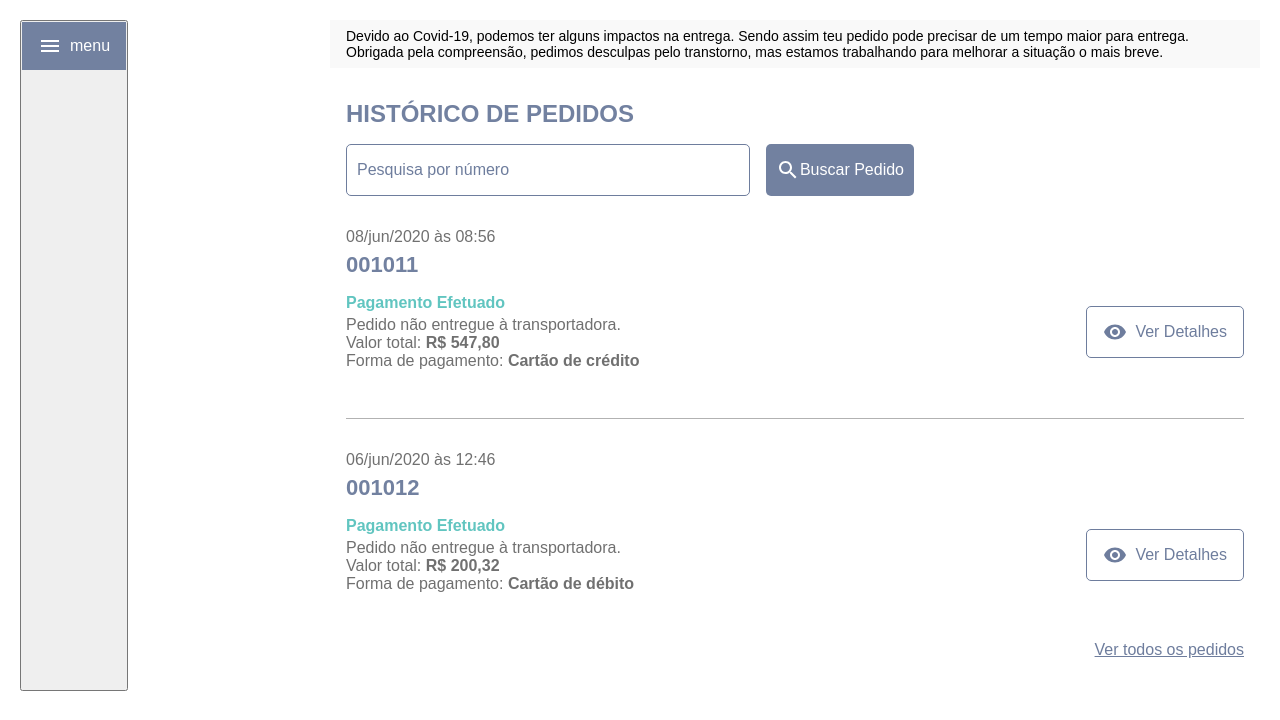
Repository: indiamarasiqueira/gestao-produto
Page: /
These files come from the project's save history. The page is drawn as it stood at one moment and after the next save; the edit follows.
The browser window is 1280 px wide. The pictures show the whole page.
The project was rebuilt for these pictures with package versions that can differ from the ones it lists, and the page was loaded fresh each time. Also part of the build but not shown: src/pages/generic/style.js, src/pages/generic/index.js, src/components/ModalMenu/index.js.

Above is the page before, as saved 2020-07-07 11:45:59.

After the next save:
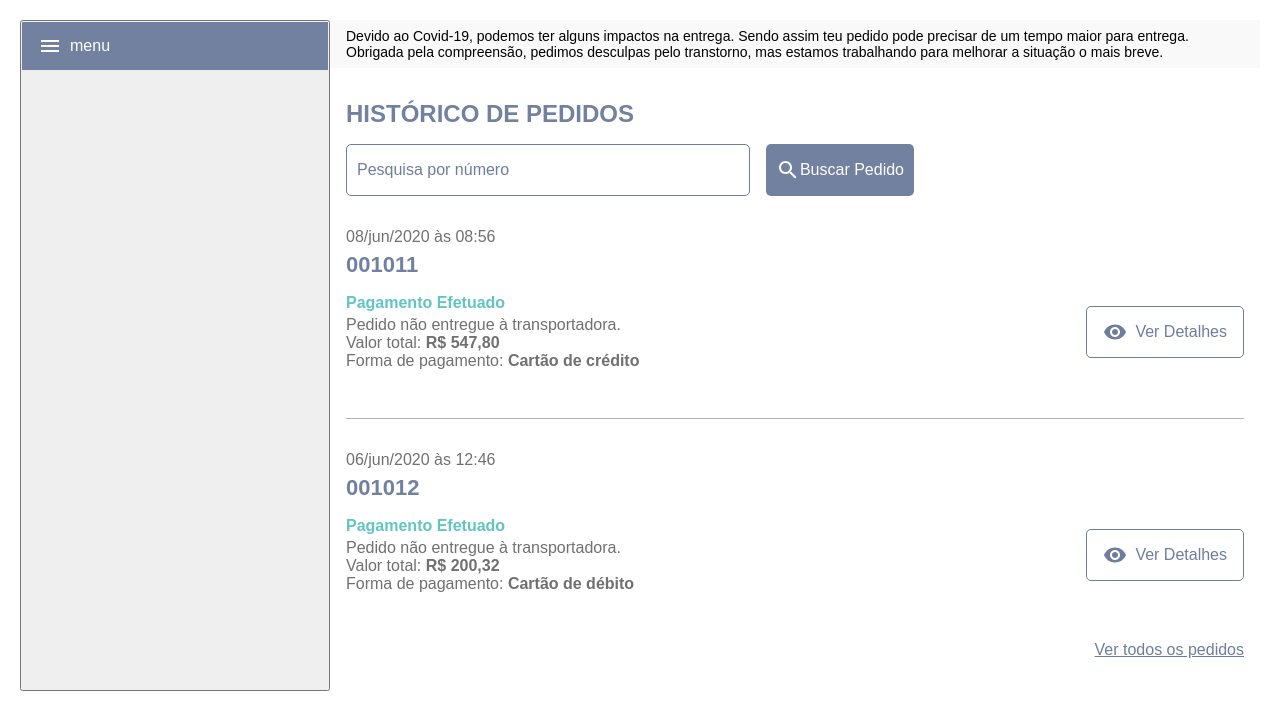
Saved 6 s later.
--- a/src/components/AppMenu/style.js
+++ b/src/components/AppMenu/style.js
@@ -7,7 +7,7 @@ export const MenuMain = styled.button`
     align-items: start;
     justify-content: start;
     flex-direction: column;
-    width: auto;
+    width: 100%;
     height: 100%;
 
   }
